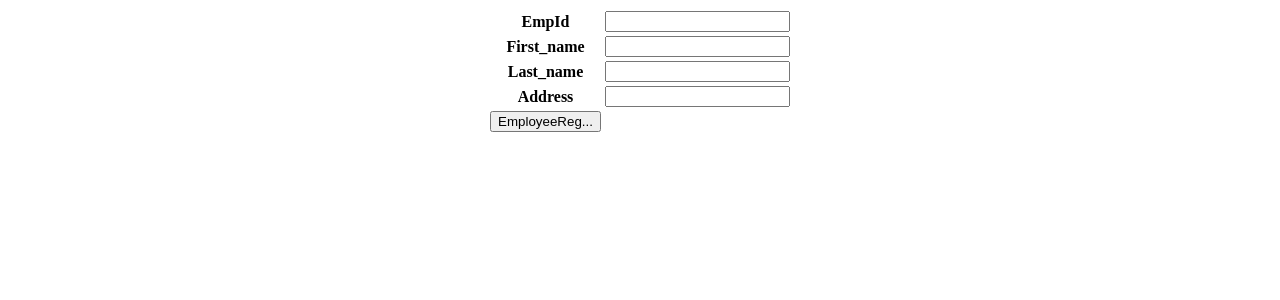
Repository: sumit99kumar/sumit
Page: http://localhost/employeeinfo-war/
These files come from the project's save history. The page is drawn as it stood at one moment and after the next save; the edit follows.
The browser window is 1280 px wide. The pictures show the whole page.
The page is served by Tomcat 9. Other server files are loaded and not shown.

Above is the page before, as saved 2018-11-20 06:22:03.

### java-core/employeeinfo-war/src/main/webapp/EmployeeRegstationPage.jsp
<%@ page language="java" contentType="text/html; charset=ISO-8859-1"
    pageEncoding="ISO-8859-1"%>
<!DOCTYPE html PUBLIC "-//W3C//DTD HTML 4.01 Transitional//EN" "http://www.w3.org/TR/html4/loose.dtd">
<html>
<head>
<meta http-equiv="Content-Type" content="text/html; charset=ISO-8859-1">
<title>Insert title here</title>
</head>
<body>
<center>
<form action="send" method="post">
<table>
<tr>
<th>EmpId</th>
<td><input type="text"name="empId"></td>
</tr>
<tr>
<th>First_name</th>
<td><input type="text" name="first_name"></td>
</tr>
<tr>
<th>Last_name</th>
<td><input type="text" name="last_name"></td>
</tr>
<tr>
<th>Address</th>
<td><input type="text"name="address"></td>
</tr>

<tr>
<td><input type="submit"value="EmployeeReg..."></td>
</tr>
</table>
</form>
</center>
</body>
</html>

After the next save:
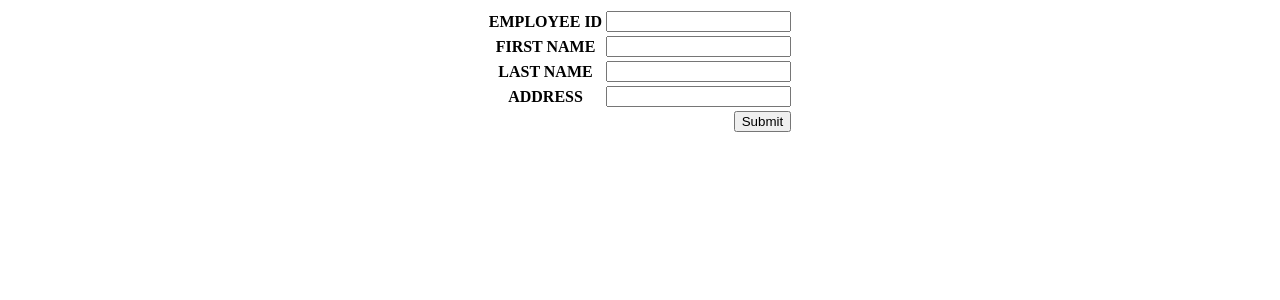
Saved 6 min 52 s later.
--- a/java-core/employeeinfo-war/src/main/webapp/EmployeeRegstationPage.jsp
+++ b/java-core/employeeinfo-war/src/main/webapp/EmployeeRegstationPage.jsp
@@ -1,5 +1,5 @@
 <%@ page language="java" contentType="text/html; charset=ISO-8859-1"
-    pageEncoding="ISO-8859-1"%>
+	pageEncoding="ISO-8859-1"%>
 <!DOCTYPE html PUBLIC "-//W3C//DTD HTML 4.01 Transitional//EN" "http://www.w3.org/TR/html4/loose.dtd">
 <html>
 <head>
@@ -7,31 +7,32 @@
 <title>Insert title here</title>
 </head>
 <body>
-<center>
-<form action="send" method="post">
-<table>
-<tr>
-<th>EmpId</th>
-<td><input type="text"name="empId"></td>
-</tr>
-<tr>
-<th>First_name</th>
-<td><input type="text" name="first_name"></td>
-</tr>
-<tr>
-<th>Last_name</th>
-<td><input type="text" name="last_name"></td>
-</tr>
-<tr>
-<th>Address</th>
-<td><input type="text"name="address"></td>
-</tr>
-
-<tr>
-<td><input type="submit"value="EmployeeReg..."></td>
-</tr>
-</table>
-</form>
-</center>
+	<center>
+		<form action="send" method="post">
+			<table>
+				<tr>
+					<th>EMPLOYEE ID</th>
+					<td><input type="text" name="empId" /></td>
+				</tr>
+				<tr>
+					<th>FIRST NAME</th>
+					<td><input type="text" name="first_name" /></td>
+				</tr>
+				<tr>
+					<th>LAST NAME</th>
+					<td><input type="text" name="last_name" /></td>
+				</tr>
+				<tr>
+					<th>ADDRESS</th>
+					<td><input type="text" name="address" /></td>
+				</tr>
+				<tr>
+					<th></th>
+					<td style="text-align: right;"><input type="submit"
+						name="REGISTER" /></td>
+				</tr>
+			</table>
+		</form>
+	</center>
 </body>
 </html>
